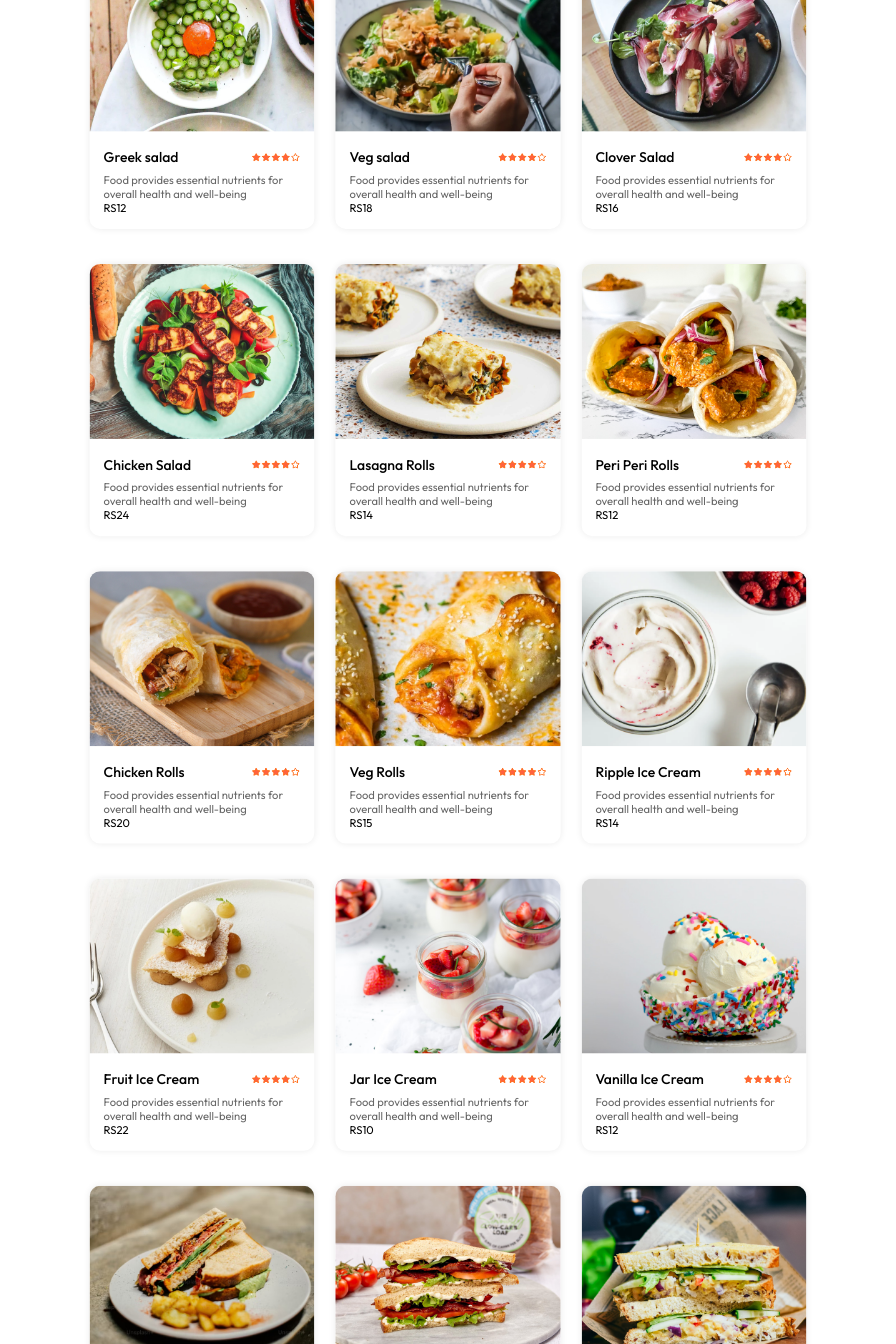
Repository: Attar786/Food-ordering-app
Page: / (app in frontend/)
These files come from the project's save history. The page is drawn as it stood at one moment and after the next save; the edit follows.
The browser window is 1280 px wide. The pictures show the part of the page from y = 1050 to 2970 px (the page is 5767 px tall before and 5679 px after), at 70% of full size.
The project was rebuilt for these pictures with package versions that can differ from the ones it lists, and the page was loaded fresh each time. Also part of the build but not shown: frontend/vite.config.js, frontend/src/pages/Cart/Cart.css, frontend/src/pages/Cart/Cart.jsx, frontend/src/pages/PlaceOrder/PlaceOrder.css, frontend/src/pages/PlaceOrder/PlaceOrder.jsx.

Above is the page before, as saved 2024-07-25 20:58:27.

### frontend/src/main.jsx
import ReactDOM from 'react-dom/client'
import App from './App.jsx'
import './index.css'
import {BrowserRouter} from 'react-router-dom'
import StoreContextProvider from './context/StoreContext.jsx'
ReactDOM.createRoot(document.getElementById('root')).render(
<BrowserRouter>

<StoreContextProvider>
<App />
</StoreContextProvider>

    </BrowserRouter>
)

### frontend/src/App.jsx
import './index.css'
import Navbar from "./components/Navbar/Navbar"
import Home from './pages/Home/Home'
import Cart from './pages/Cart/Cart'
import PlaceOrder from './pages/PlaceOrder/PlaceOrder'
import { Route, Routes } from 'react-router-dom'


function App() {

  return (
    <>

  <div className='app'>
  <Navbar/>
<Routes>
<Route path='/' element={<Home/>}/>
<Route path='/cart' element={<Cart/>}/>
<Route path='/order' element={<PlaceOrder/>}/>

</Routes>
  </div>
    </>
  )
}

export default App

### frontend/src/index.css
@import url('https://fonts.googleapis.com/css2?family=Outfit:wght@100..900&display=swap');


*{
margin: 0;
padding: 0;
 box-sizing: border-box;
 font-family: outfit;
}
body{
height: 100vh;
}
a{
text-decoration: none;
color : inherit;
}
.app{
    width: 80%;
    margin: auto;
}
@keyframes fadeIn{
    0%{
        opacity: 0;
    }
    100%{
        opacity: 1;
    }
}

### frontend/src/context/StoreContext.jsx
// import './StoreContext.css';
// import { createContext } from 'react';
// import { food_list } from '../assets/assets';
// export const StoreContext = createContext(null);

// const StoreContextProvider = (props) => {
//   const contextValue = {};
//   food_list
//   return (
//     <StoreContext.Provider value={contextValue}>
//       {props.children}
//     </StoreContext.Provider>
//   );
// };

// export default StoreContextProvider;

import './StoreContext.css';
import { createContext } from 'react';
import { food_list } from '../assets/assets'; // Ensure this path is correct and food_list is correctly exported

export const StoreContext = createContext(null);

const StoreContextProvider = (props) => {
  const contextValue = {
    food_list, // Assign food_list to contextValue
  };

  return (
    <StoreContext.Provider value={contextValue}>
      {props.children}
    </StoreContext.Provider>
  );
};

export default StoreContextProvider;

### frontend/src/components/Navbar/Navbar.jsx
import { useState } from 'react';
import './Navbar.css';
import { assets } from '../../assets/assets';

const Navbar = () => {
  const [menu, setMenu] = useState("home");

  const handleMenuClick = (menuItem) => {
    setMenu(menuItem);
  };

  return (
    <div className="Navbar">
      <img src={assets.logo} alt="Logo" className="logo" />
      <ul className="navbar-menu">
        <li onClick={() => handleMenuClick("home")} className={menu === "home" ? "active" : ""}>Home</li>
        <li onClick={() => handleMenuClick("menu")} className={menu === "menu" ? "active" : ""}>Menu</li>
        <li onClick={() => handleMenuClick("mobile-app")} className={menu === "mobile-app" ? "active" : ""}>Mobile App</li>
        <li onClick={() => handleMenuClick("contact-us")} className={menu === "contact-us" ? "active" : ""}>Contact Us</li>
      </ul>
      <div className="navbar-right">
        <img src={assets.search_icon} alt="search-icon" />
        <div>
          <img src={assets.basket_icon} alt="icons" />
          <div className="dot"></div>
        </div>
        <button>Sign In</button>
      </div>
    </div>
  );
}

export default Navbar;

### frontend/src/pages/Home/Home.jsx
import {useState} from 'react'
import Header from '../../components/Header/Header'
import ExploreMenu from '../../components/ExploreMenu/ExploreMenu'
import './Home.css'
import FoodDisplay from '../../components/FoodDisplay/FoodDisplay'

const Home = () => {
    const [category , setCategory ] = useState('All')
  return (
    <>
<Header/>
<ExploreMenu category={category} setCategory={setCategory}/>
<FoodDisplay category={category} />

</>
)
}

export default Home

### frontend/src/assets/assets.js
import basket_icon from './basket_icon.png'
import logo from './logo.png'
import header_img from './header_img.png'
import search_icon from './search_icon.png'
import menu_1 from './menu_1.png'
import menu_2 from './menu_2.png'
import menu_3 from './menu_3.png'
import menu_4 from './menu_4.png'
import menu_5 from './menu_5.png'
import menu_6 from './menu_6.png'
import menu_7 from './menu_7.png'
import menu_8 from './menu_8.png'

import food_1 from './food_1.png'
import food_2 from './food_2.png'
import food_3 from './food_3.png'
import food_4 from './food_4.png'
import food_5 from './food_5.png'
import food_6 from './food_6.png'
import food_7 from './food_7.png'
import food_8 from './food_8.png'
import food_9 from './food_9.png'
import food_10 from './food_10.png'
import food_11 from './food_11.png'
import food_12 from './food_12.png'
import food_13 from './food_13.png'
import food_14 from './food_14.png'
import food_15 from './food_15.png'
import food_16 from './food_16.png'
import food_17 from './food_17.png'
import food_18 from './food_18.png'
import food_19 from './food_19.png'
import food_20 from './food_20.png'
import food_21 from './food_21.png'
import food_22 from './food_22.png'
import food_23 from './food_23.png'
import food_24 from './food_24.png'
import food_25 from './food_25.png'
import food_26 from './food_26.png'
import food_27 from './food_27.png'
import food_28 from './food_28.png'
import food_29 from './food_29.png'
import food_30 from './food_30.png'
import food_31 from './food_31.png'
import food_32 from './food_32.png'

import add_icon_white from './add_icon_white.png'
import add_icon_green from './add_icon_green.png'
import remove_icon_red from './remove_icon_red.png'
import app_store from './app_store.png'
import play_store from './play_store.png'
import linkedin_icon from './linkedin_icon.png'
import facebook_icon from './facebook_icon.png'
import twitter_icon from './twitter_icon.png'
import cross_icon from './cross_icon.png'
import selector_icon from './selector_icon.png'
import rating_starts from './rating_starts.png'
import profile_icon from './profile_icon.png'
import bag_icon from './bag_icon.png'
import logout_icon from './logout_icon.png'
import parcel_icon from './parcel_icon.png'

export const assets = {
    logo,
    basket_icon,
    header_img,
    search_icon,
    rating_starts,
    add_icon_green,
    add_icon_white,
    remove_icon_red,
    app_store,
    play_store,
    linkedin_icon,
    facebook_icon,
    twitter_icon,
    cross_icon,
    selector_icon,
    profile_icon,
    logout_icon,
    bag_icon,
    parcel_icon
}

export const menu_list = [
    {
        menu_name: "Salad",
        menu_image: menu_1
    },
    {
        menu_name: "Rolls",
        menu_image: menu_2
    },
    {
        menu_name: "Deserts",
        menu_image: menu_3
    },
    {
        menu_name: "Sandwich",
        menu_image: menu_4
    },
    {
        menu_name: "Cake",
        menu_image: menu_5
    },
    {
        menu_name: "Pure Veg",
        menu_image: menu_6
    },
    {
        menu_name: "Pasta",
        menu_image: menu_7
    },
    {
        menu_name: "Noodles",
        menu_image: menu_8
    }]

export const food_list = [
    {
        _id: "1",
        name: "Greek salad",
        image: food_1,
        price: 12,
        description: "Food provides essential nutrients for overall health and well-being",
        category: "Salad"
    },
    {
        _id: "2",
        name: "Veg salad",
        image: food_2,
        price: 18,
        description: "Food provides essential nutrients for overall health and well-being",
        category: "Salad"
    }, {
        _id: "3",
        name: "Clover Salad",
        image: food_3,
        price: 16,
        description: "Food provides essential nutrients for overall health and well-being",
        category: "Salad"
    }, {
        _id: "4",
        name: "Chicken Salad",
        image: food_4,
        price: 24,
        description: "Food provides essential nutrients for overall health and well-being",
        category: "Salad"
    }, {
        _id: "5",
        name: "Lasagna Rolls",
        image: food_5,
        price: 14,
        description: "Food provides essential nutrients for overall health and well-being",
        category: "Rolls"
    }, {
        _id: "6",
        name: "Peri Peri Rolls",
        image: food_6,
        price: 12,
        description: "Food provides essential nutrients for overall health and well-being",
        category: "Rolls"
    }, {
        _id: "7",
        name: "Chicken Rolls",
        image: food_7,
        price: 20,
        description: "Food provides essential nutrients for overall health and well-being",
        category: "Rolls"
    }, {
        _id: "8",
        name: "Veg Rolls",
        image: food_8,
        price: 15,
        description: "Food provides essential nutrients for overall health and well-being",
        category: "Rolls"
    }, {
        _id: "9",
        name: "Ripple Ice Cream",
        image: food_9,
        price: 14,
        description: "Food provides essential nutrients for overall health and well-being",
        category: "Deserts"
    }, {
        _id: "10",
        name: "Fruit Ice Cream",
        image: food_10,
        price: 22,
        description: "Food provides essential nutrients for overall health and well-being",
        category: "Deserts"
    }, {
        _id: "11",
        name: "Jar Ice Cream",
        image: food_11,
        price: 10,
        description: "Food provides essential nutrients for overall health and well-being",
        category: "Deserts"
    }, {
        _id: "12",
        name: "Vanilla Ice Cream",
        image: food_12,
        price: 12,
        description: "Food provides essential nutrients for overall health and well-being",
        category: "Deserts"
    },
    {
        _id: "13",
        name: "Chicken Sandwich",
        image: food_13,
        price: 12,
        description: "Food provides essential nutrients for overall health and well-being",
        category: "Sandwich"
    },
    {
        _id: "14",
        name: "Vegan Sandwich",
        image: food_14,
        price: 18,
        description: "Food provides essential nutrients for overall health and well-being",
        category: "Sandwich"
    }, {
        _id: "15",
        name: "Grilled Sandwich",
        image: food_15,
        price: 16,
        description: "Food provides essential nutrients for overall health and well-being",
        category: "Sandwich"
    }, {
        _id: "16",
        name: "Bread Sandwich",
        image: food_16,
        price: 24,
        description: "Food provides essential nutrients for overall health and well-being",
        category: "Sandwich"
    }, {
        _id: "17",
        name: "Cup Cake",
        image: food_17,
        price: 14,
        description: "Food provides essential nutrients for overall health and well-being",
        category: "Cake"
    }, {
        _id: "18",
        name: "Vegan Cake",
        image: food_18,
        price: 12,
        description: "Food provides essential nutrients for overall health and well-being",
        category: "Cake"
    }, {
        _id: "19",
        name: "Butterscotch Cake",
        image: food_19,
        price: 20,
        description: "Food provides essential nutrients for overall health and well-being",
        category: "Cake"
    }, {
        _id: "20",
        name: "Sliced Cake",
        image: food_20,
        price: 15,
        description: "Food provides essential nutrients for overall health and well-being",
        category: "Cake"
    }, {
        _id: "21",
        name: "Garlic Mushroom ",
        image: food_21,
        price: 14,
        description: "Food provides essential nutrients for overall health and well-being",
        category: "Pure Veg"
    }, {
        _id: "22",
        name: "Fried Cauliflower",
        image: food_22,
        price: 22,
        description: "Food provides essential nutrients for overall health and well-being",
        category: "Pure Veg"
    }, {
        _id: "23",
        name: "Mix Veg Pulao",
        image: food_23,
        price: 10,
        description: "Food provides essential nutrients for overall health and well-being",
        category: "Pure Veg"
    }, {
        _id: "24",
        name: "Rice Zucchini",
        image: food_24,
        price: 12,
        description: "Food provides essential nutrients for overall health and well-being",
        category: "Pure Veg"
    },
    {
        _id: "25",
        name: "Cheese Pasta",
        image: food_25,
        price: 12,
        description: "Food provides essential nutrients for overall health and well-being",
        category: "Pasta"
    },
    {
        _id: "26",
        name: "Tomato Pasta",
        image: food_26,
        price: 18,
        description: "Food provides essential nutrients for overall health and well-being",
        category: "Pasta"
    }, {
        _id: "27",
        name: "Creamy Pasta",
        image: food_27,
        price: 16,
        description: "Food provides essential nutrients for overall health and well-being",
        category: "Pasta"
    }, {
        _id: "28",
        name: "Chicken Pasta",
        image: food_28,
        price: 24,
        description: "Food provides essential nutrients for overall health and well-being",
        category: "Pasta"
    }, {
        _id: "29",
        name: "Buttter Noodles",
        image: food_29,
        price: 14,
        description: "Food provides essential nutrients for overall health and well-being",
        category: "Noodles"
    }, {
        _id: "30",
        name: "Veg Noodles",
        image: food_30,
        price: 12,
        description: "Food provides essential nutrients for overall health and well-being",
        category: "Noodles"
    }, {
        _id: "31",
        name: "Somen Noodles",
        image: food_31,
        price: 20,
        description: "Food provides essential nutrients for overall health and well-being",
        category: "Noodles"
    }, {
        _id: "32",
        name: "Cooked Noodles",
        image: food_32,
        price: 15,
        description: "Food provides essential nutrients for overall health and well-being",
        category: "Noodles"
    }
]

### frontend/src/components/Navbar/Navbar.css
.Navbar{
    padding: 20px 0;
    display: flex;
    justify-content: space-between;
    align-items: center;
}
.Navbar .logo{
    width: 150px;
}
.navbar-menu{
    display: flex;
    list-style: none;
    gap: 20px;
    font: 18px;
    color: #49557e;
    cursor: pointer;
}
.navbar-right{
    display: flex;
    align-items: center;
    gap: 25px;

}
.Navbar button{
    font-size: 15px;
    border: 1px solid #49557e;
    background: transparent;
    padding: 10px 25px;
    cursor: pointer;
    border-radius: 40px;
    transition: 0.3s;
}
.Navbar button:hover{
    background-color: #fff4f2;
}
.Navbar .navbar-menu .active{
    padding-bottom: 2px;
    border-bottom: 2px solid #49557e;

}
.search-icon{
    position: relative;
}
/* .search-icon .dot{ */
    /* position: absolute;
    top: -5px;
    right: -5px;
    width: 10px;
    height: 10px;
    background-color: blue;
    border-radius: 50%;
} */
.dot {
    position: absolute;
    top: 12px; /* Adjust as needed */
    right: 268px; /* Adjust as needed */
    width: 10px;
    height: 10px;

    background-color: tomato;
    border-radius: 50%;
  }

### frontend/src/components/Header/Header.jsx
import "./Header.css";
const Header = () => {
  return (
    <div className="header">
      <div className="header-contents">
        <h2>order your Favourite Food Here</h2>
        <p>
          Lorem ipsum dolor sit amet consectetur adipisicing elit. Ab,
          repudiandae. Odio architecto libero enim minima.
        </p>
        <button>View Menu</button>
      </div>
    </div>
  );
};

export default Header;

### frontend/src/components/ExploreMenu/ExploreMenu.jsx
import './ExploreMenu.css'
import { menu_list } from '../../assets/assets';
import PropTypes from 'prop-types'
const ExploreMenu = ({ category, setCategory }) => {
  return (
    <div className='explore-menu' id='explore-menu'>
      <h1 className='explore-menu-title'>Explore our Menu</h1>
      <p className='explore-menu-text'>Lorem ipsum dolor sit, amet consectetur adipisicing elit. Quam, eos?</p>
      <div className='explore-menu-list'>
        {menu_list.map((item, index) => {
          return (
            <div onClick={() => setCategory(prev => prev === item.menu_name ? "All" : item.menu_name)} key={index} className='explore-menu-list-item'>
              <img className={category === item.menu_name ? "active" : ""} src={item.menu_image} alt="" />
              <p>{item.menu_name}</p>
            </div>
          )
        })}
      </div>
      <hr />
    </div>
  )
}
    ExploreMenu.propTypes = {
    category: PropTypes.string.isRequired,
    setCategory: PropTypes.func.isRequired,
  };

export default ExploreMenu;

### frontend/src/components/FoodDisplay/FoodDisplay.jsx
import { useContext } from 'react';
import './FoodDisplay.css';
import { StoreContext } from '../../context/StoreContext';
import FoodItem from '../FoodItem/FoodItem';
const FoodDisplay = ({ category }) => {
  const { food_list } = useContext(StoreContext);
  if (!food_list) {
    return <div>Loading...</div>; // Handle loading state or error
  }
  return (
    <div className='food-display' id='food-display'>
      <h2>Top Dishes Near To You</h2>
      <div className='food-display-list'>
        {food_list.map((item, index) => (
          <FoodItem
            key={index}
            id={item._id}
            name={item.name}
            description={item.description}
            price={item.price}
            image={item.image}
          />
        ))}
      </div>
    </div>
  );
};

export default FoodDisplay;

### frontend/src/components/Header/Header.css
.header{
    height: 35vw;
    margin: 30px auto;
    background: url('/header_img.png') no-repeat;
    background-size: contain;
    position: relative;
}
.header-contents{
position: absolute;
display: flex;
flex-direction: column;
align-items: start;
gap: 1.5vw;
max-width: 50%;
bottom: 10%;
left: 6vw;
animation: fadeIn 3s;
}

.header-contents h2{
    font-weight: 500;
    color: white;
    font-size: max(4.5vw, 22px);
}
.header-contents p{
    color: white;
    font-size: 1vw;

}
.header-contents button{
    font-weight: 500;
    color: #747474;
    border: none;
    padding: 1vw 2.3vw;
    background-color: white;
    border-radius: 50px;
    font-size: max(1vw,12px);


}

### frontend/src/components/ExploreMenu/ExploreMenu.css
.explore-menu{
    display: flex;
    flex-direction: column;
    gap: 20px;
}
.explore-menu h1{
    color: #262626;
    font-weight: 500;
}
.explore-menu-text{
    max-width: 60%;
    columns: #808080;
}
.explore-menu-list {
    display: flex;
    justify-content: space-between;
    align-items:center;
    gap: 30px;
    text-align: center;
    margin: 20px 0px;
    overflow: scroll;
}
.explore-menu-list::-webkit-scrollbar{
    display: none;
}
.explore-menu-list-item img{
    width: 7.5vw;
    min-width: 85px;
    cursor: pointer;
    border-radius: 50%;
    transition: 0.3s;
}

.explore-menu-list-item p{
    cursor: pointer;
    color: #747474;
    font-size: max(1.4vw, 16px)
}
.explore-menu hr{
    margin: 10px 0px;
    height: 2px;
    color: #e2e2e2;
    border: none;
}
.explore-menu-list-item .active{
    border:3px solid tomato;
    padding: 2px;
}

### frontend/src/components/FoodDisplay/FoodDisplay.css
.food-display{
    margin-top: 30px;
}
.food-display h2{
    font-size: max(2vw, 24px);
    font-weight: 600;
}
.food-display-list{
    display: grid;
    grid-template-columns: repeat(auto-fill,minmax(240px,1fr));
    margin-top: 30px;
    gap: 30px;
    row-gap: 50px;
}

### frontend/src/components/FoodItem/FoodItem.jsx
import './FoodItem.css';
import { assets } from '../../assets/assets'; // Ensure this path is correct and that assets contains rating_starts

const FoodItem = ({ id, name, price, description, image }) => {
  return (
    <div className='food-item'>
      <div className='food-item-img-container'>
        <img className='food-item-image' src={image} alt={name} />
      </div>
      <div className='food-item-info'>
        <div className='food-item-name-rating'>
          <p>{name}</p>
          <img src={assets.rating_starts} alt="Rating" />
        </div>
        <p className='food-item-description'>
          {description}
        </p>
        <p className='food-item-price'>RS{price}</p>      </div>
    </div>
  );
};

export default FoodItem;

### frontend/src/components/FoodItem/FoodItem.css
.food-item{
    width: 100%;
    border-radius: 15px;
    box-shadow: 0px 0px 10px #00000015;
    transition: 0.3s;
    animation: fadeIn 1s;
}
.food-item-image{
    width: 100%;
    border-radius : 15px 15px 0px 0px;
}

.food-item-info{
    padding: 20px;
}
.food-item-name-rating{
    display: flex;
    justify-content: space-between;
    align-items: center;
    margin-bottom: 10px;
}
.food-item-name-rating p{
    font-size: 20px;
    font-weight: 500;

}
.food-item-name-rating img {
    width: 70px;

}
.food-item-description{
    color: #676767;
    font-size: 16px;
}

Loaded but not shown: frontend/index.html (common file); frontend/src/context/StoreContext.css (no stored copy; drawn as an empty file); frontend/src/pages/Home/Home.css (no stored copy; drawn as an empty file)

After the next save:
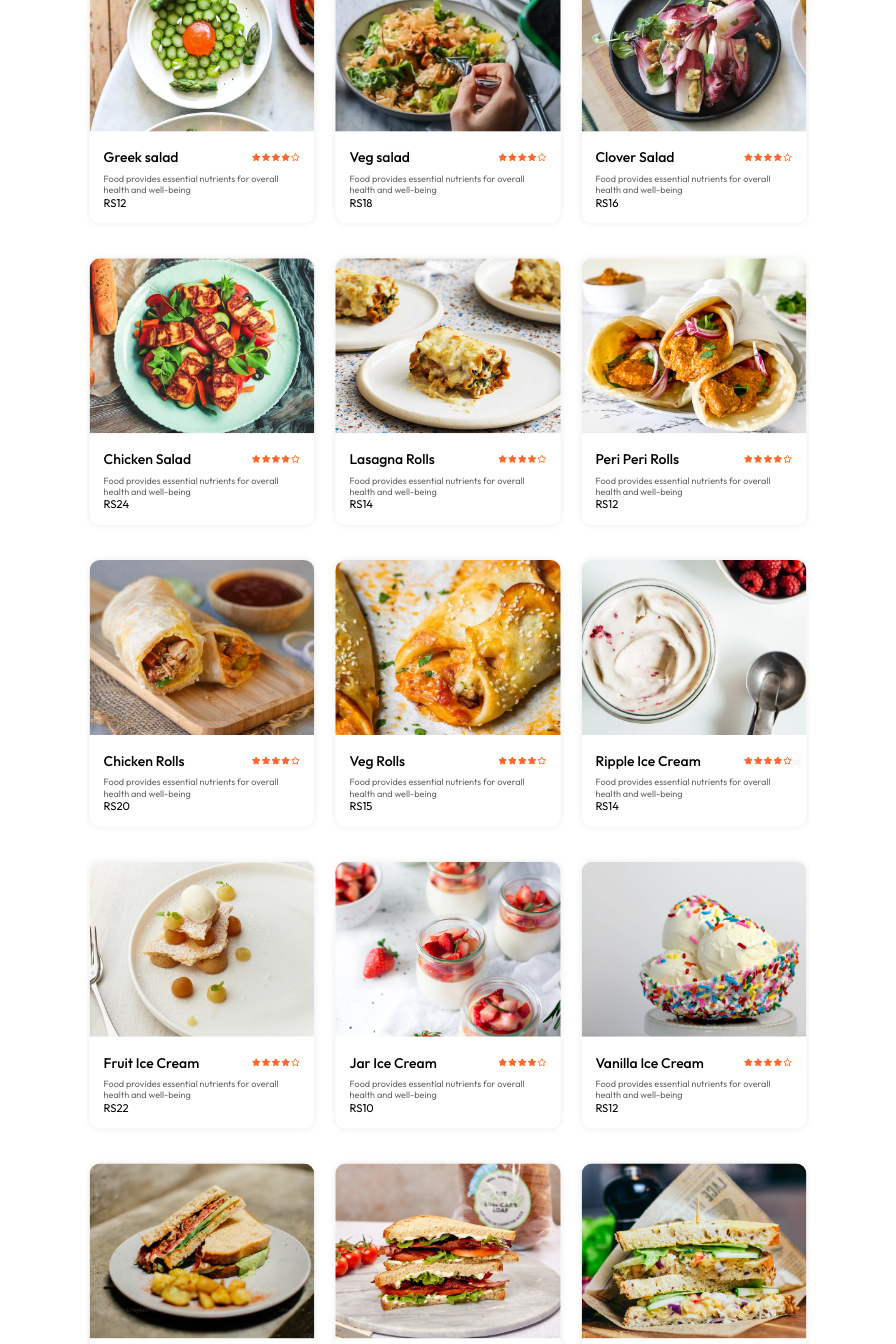
Saved 8 s later.
--- a/frontend/src/components/FoodItem/FoodItem.css
+++ b/frontend/src/components/FoodItem/FoodItem.css
@@ -30,5 +30,5 @@
 }
 .food-item-description{
     color: #676767;
-    font-size: 16px;
+    font-size: 13px;
 }
